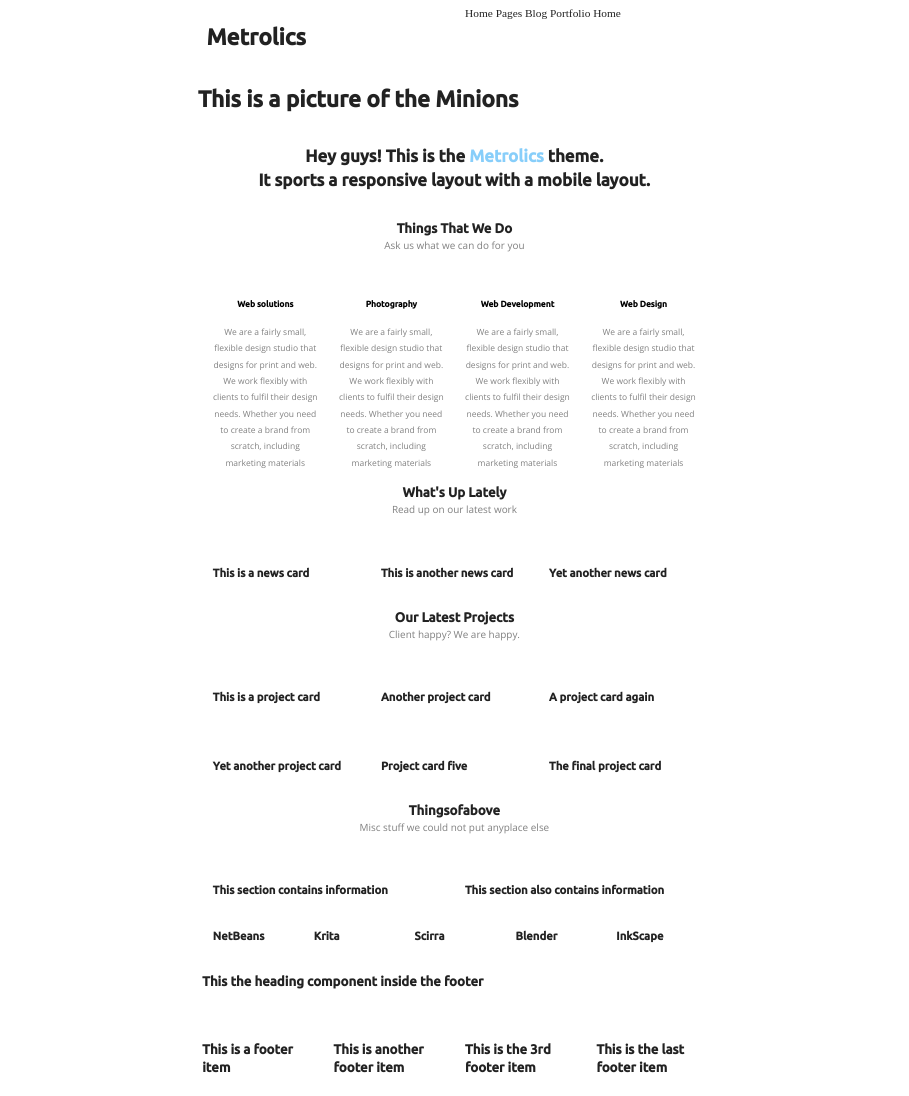
Repository: kennyharman/Marlowe_Kenny_Lab_02B
Page: index.html
These files come from the project's save history. The page is drawn as it stood at one moment and after the next save; the edit follows.
The browser window is 1280 px wide. The pictures show the whole page, at 71% of full size.

Above is the page before, as saved 2024-02-05 16:01:07.

After the next save:
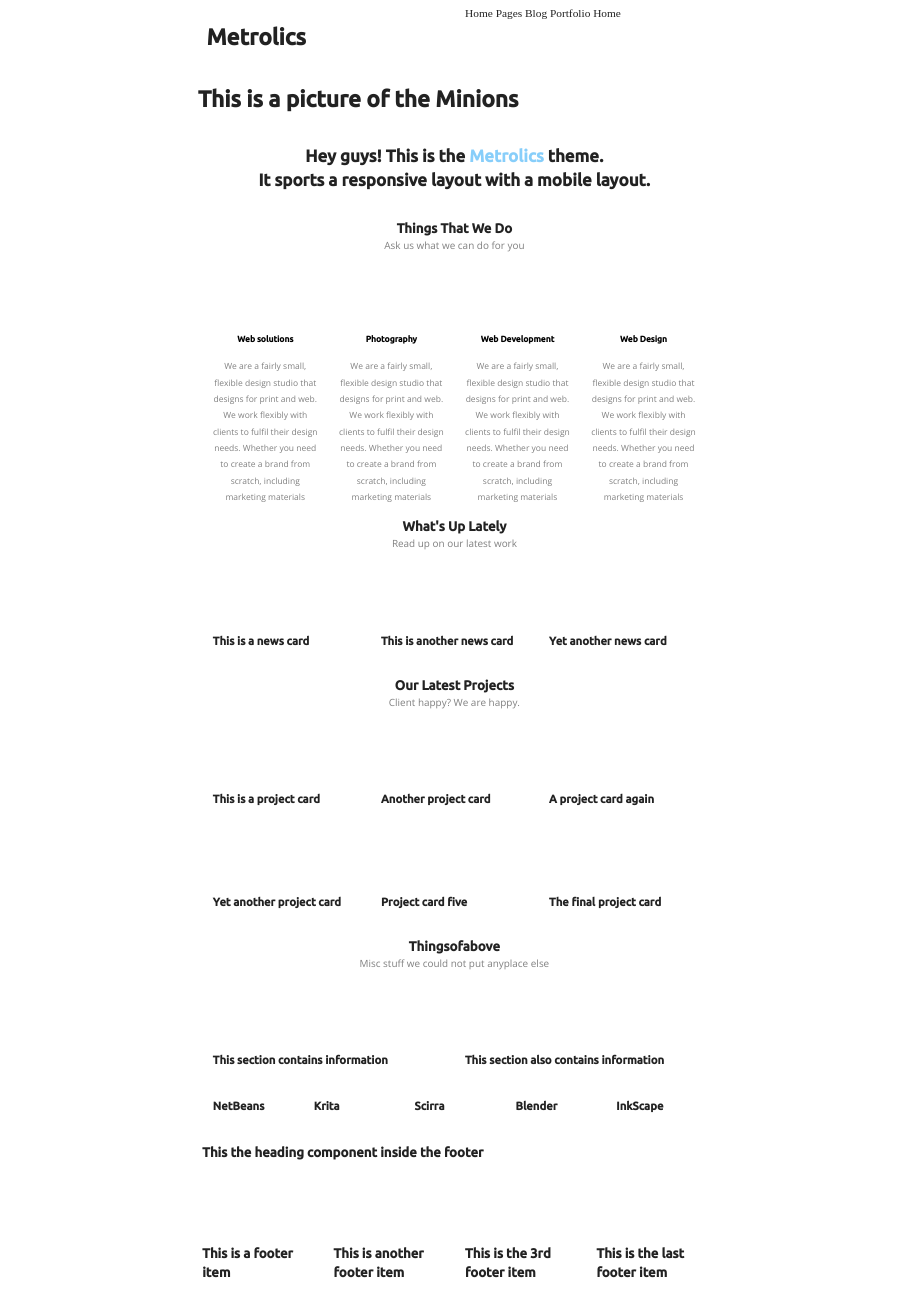
Saved 5 s later.
--- a/css/style.css
+++ b/css/style.css
@@ -270,7 +270,7 @@ p {
 
 .row {
   display: grid;
-  row-gap: 2rem;
+  row-gap: 5rem;
 }
 
 .col {
